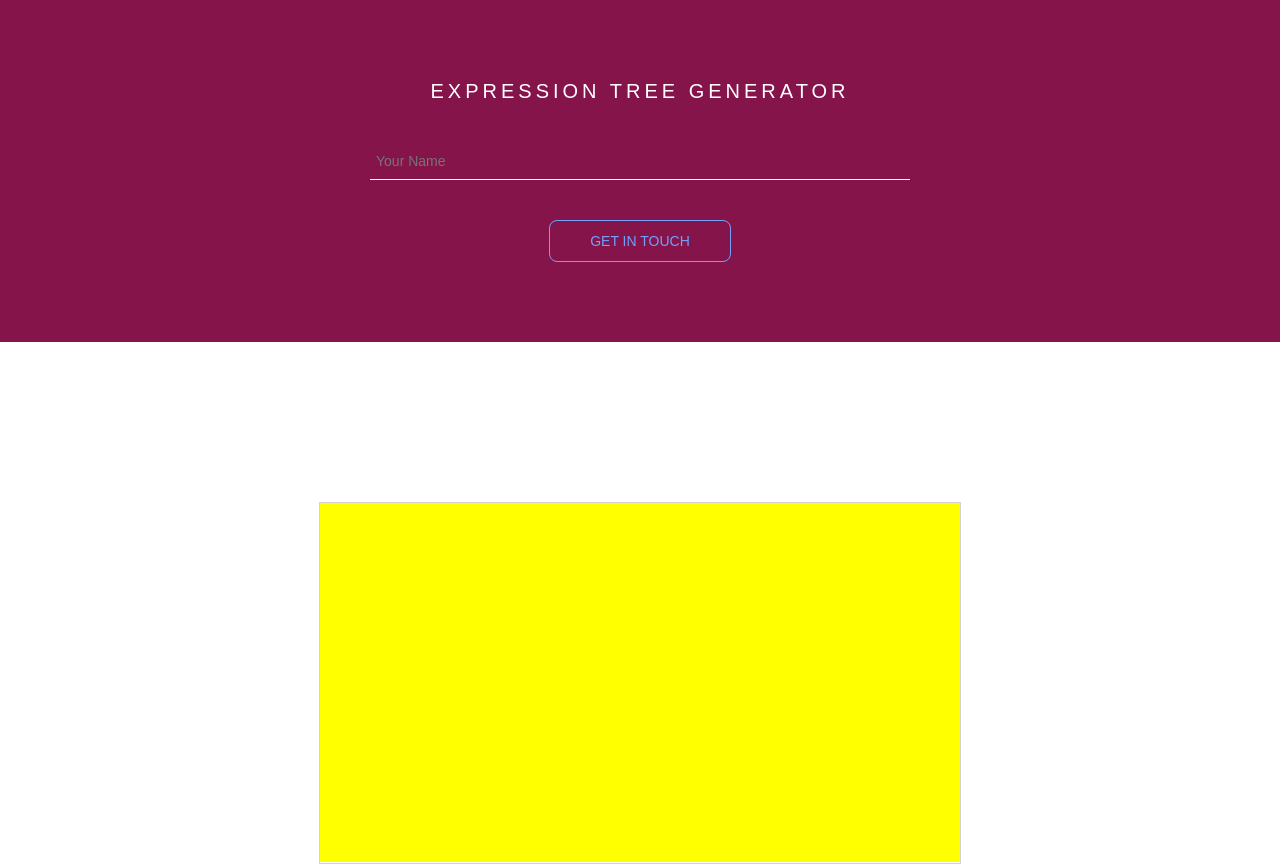
Repository: lnogueir/expression-tree-gen
Page: index.html
These files come from the project's save history. The page is drawn as it stood at one moment and after the next save; the edit follows.
The browser window is 1280 px wide. The pictures show the whole page.

Above is the page before, as saved 2020-03-15 19:11:44.

### index.html
<!DOCTYPE html>
<html lang="en">

<head>
    <meta charset="UTF-8">
    <meta name="viewport" content="width=device-width, initial-scale=1.0">
    <title>Canvas</title>
    <link rel="stylesheet" href="app.css">
</head>

<body>

    <div class="contact-section">
        <div class="inner-width">
          <h1>Expression Tree Generator</h1>
          <input type="text" class="name" id = 'expression-input' placeholder="Your Name">
          <button id="generate-tree">Get in touch</button>
        </div>
      </div>

    <div id="canvas-container">
        <canvas></canvas>
    </div>
</body>
<script src="https://ajax.googleapis.com/ajax/libs/jquery/3.4.1/jquery.min.js"></script>
<script src="https://cdnjs.cloudflare.com/ajax/libs/mathjs/6.6.1/math.min.js"></script>
<script src="tree.js"></script>
<script src="infixToPostfix.js"></script>
<script src="canvas.js"></script>

</html>

### app.css
*{
    margin: 0;
    padding: 0;
    box-sizing: border-box;
    font-family: "montserrat",sans-serif;
  }
  .contact-section{
    background: #85144b;
    padding: 80px 0;
    text-align: center;
    margin-bottom: 10rem;
  }

  .inner-width{
    max-width: 600px;
    margin: auto;
    padding: 0 20px;
  }

  .contact-section h1{
    font-size: 20px;
    color: #FFF;
    margin-bottom: 40px;
    text-transform: uppercase;
    letter-spacing: 4px;
    font-weight: 400;
  }

  .name,.email,.message{
    background: none;
    border:none;
    outline: none;
    border-bottom: 1px solid;
    color: #FFF;
    padding: 10px 6px;
    font-size: 14px;
    margin-bottom: 40px;
  }

  .name{
    float: center;
    width: 540px;
  }


  .contact-section button{
      outline: none;
    background: none;
    color: #70a1ff;
    border: 1px solid #70a1ff;
    padding: 12px 40px;
    border-radius: 8px;
    text-transform: uppercase;
    font-size: 14px;
    transition: 0.4s linear;
    cursor: pointer;
  }

  .contact-section button:hover{
    background: #70a1ff;
    color: #fff;
  }


  @media screen and (max-width:600px){
    .name,.email{
      width: 100%;
    }
  }

#canvas-container{
    outline: none;
    border: none;
    display: flex;
    flex-direction: column;
    align-items: center;
    margin: auto;
    height: 50vh;
    width: 50vw;
    background: yellow;
}

canvas{
    border: 1px solid lightgray;
}

### tree.js
function Node(value) {
    const radius = 32.5
    this.value = value;
    this.x = null;
    this.y = null;
    this.right = null;
    this.left = null;

    this.isLeaf = () => this.right == null && this.left == null;

    this.drawEdge = function (context, x, y, left_way) {
        context.strokeStyle = 'gray';
        context.beginPath()
        const x_y_ratio = Math.abs(this.y - y) / Math.abs(this.x - x)
        const w = radius * Math.sqrt(1 / (1 + Math.pow(x_y_ratio, 2)))
        const d = x_y_ratio * w
        if (left_way) {
            context.moveTo(this.x - w, this.y + d)
            context.lineTo(x + w, y - d)
        } else {
            context.moveTo(this.x + w, this.y + d)
            context.lineTo(x - w, y - d)
        }

        context.stroke()
    }

    this.draw = function (context) {
        context.beginPath()
        context.arc(this.x, this.y, radius, 0, Math.PI * 2, false)
        context.fillStyle = 'rgba(255, 255, 255, 0.5)'
        context.fill()
        context.strokeStyle = 'black'
        context.stroke()
        context.font = '25px Times New Roman'
        context.textAlign = 'center'
        context.textBaseline = 'middle'
        context.fillStyle = "black";
        context.fillText(this.value, this.x, this.y);
    }
}

function constructTree(postfix) {
    const OPERATORS = ['*', '/', '-', '+']
    var stack = []
    var root = null;
    var current;
    var shift = false;
    for (var i = postfix.length - 1; i >= 0; i--) {
        if (null === root) {
            current = new Node(postfix[i]);
            root = current;
        } else {
            if (shift) {
                current.left = new Node(postfix[i])
                current = current.left
                shift = false
            } else {
                current.right = new Node(postfix[i])
                current = current.right
            }
        }
        if (OPERATORS.includes(postfix[i])) {
            stack.push(current);
        } else {
            current = stack.pop();
            shift = true
        }
    }
    return root;
}

function getSize(root) {
    var size = 0
    function countSize(root) {
        if (null != root) {
            size++;
            countSize(root.left)
            countSize(root.right)
        }
    }
    countSize(root);
    return size;
}

function print_coords(root) {
    if (null != root) {
        print_coords(root.left)
        console.log(root.value, root.x, root.y)
        print_coords(root.right)
    }
}

function setCoordinates(root) {
    var i = 0
    const OFFSET = 50
    const size = getSize(root)
    const canvas_mid_point = window.innerWidth / 2;
    function setCoordinates(subt, depth) {
        if (null != subt) {
            setCoordinates(subt.left, depth + 1)
            subt.x = canvas_mid_point + (OFFSET * (i - size / 2))
            subt.y = OFFSET + (depth * 1.5 * OFFSET)
            i++
            setCoordinates(subt.right, depth + 1)
        }
    }
    setCoordinates(root, 0)
}

function drawTree(root, context) {
    if (null != root) {
        root.draw(context)
        if (null != root.left) {
            root.drawEdge(context, root.left.x, root.left.y, true);
        }
        drawTree(root.left, context)
        if (null != root.right) {
            root.drawEdge(context, root.right.x, root.right.y, false)
        }
        drawTree(root.right, context)
    }
}

### infixToPostfix.js
function isBracketed(expr) {
  var stack = []
  for (var i = 0; i < expr.length; i++) {
    if ('(' === expr[i]) {
      stack.push('(')
    } else if (')' === expr[i]) {
      stack.pop()
      if (stack.length === 0) {
        if (i !== expr.length - 1) {
          return false
        } else {
          return true
        }
      }
    }
  }
  return false;
}

function isValidExpression(expr) {
  if (expr.length < 3) {
    return false;
  }
  for (var i = 0; i < expr.length; i++) {
    if ('abcdefghijklmnopqrstuvwxyz*()/+-'.indexOf(expr[i]) === -1) {
      return false;
    }
  }
  try {
    while ("(" === expr[0] && ")" === expr[expr.length - 1]) {
      if (isBracketed(expr)) {
        expr = expr.substring(1, expr.length - 1);
      } else break;
    }
    var res = math.parse(expr);
    if ((typeof res.implicit === 'undefined') || res.fn.indexOf('unary') !== -1) {
      return false;
    }
    return true;
  }
  catch (ex) {
    return false;
  }
}

function infixToPostfix(expression) {
  if (!isValidExpression(expression)) {
    return null;
  }
  const prec = { "*": 3, "/": 3, "-": 2, "+": 2, "(": 1 }
  op_stack = []
  postfixList = []
  tokens = expression.split('')
  for (const token of tokens) {
    if ("abcdefghijklmnopqrstuvwxyz".indexOf(token) !== -1) {
      postfixList.push(token)
    } else if ("(" === token) {
      op_stack.push(token)
    } else if (")" === token) {
      var top_op_token = op_stack.pop()
      while (top_op_token !== '(') {
        postfixList.push(top_op_token)
        top_op_token = op_stack.pop()
      }
    } else {
      var peek_elem = op_stack.slice(-1)[0];
      while (op_stack.length > 0 && (prec[peek_elem] >= prec[token])) {
        postfixList.push(op_stack.pop())
        peek_elem = op_stack.slice(-1)[0];
      }
      op_stack.push(token)
    }
  }
  while (op_stack.length > 0) {
    postfixList.push(op_stack.pop())
  }
  return postfixList
}

### canvas.js
var canvas = document.querySelector('canvas')

canvas.height = document.getElementById('canvas-container').offsetHeight;
canvas.width = document.getElementById('canvas-container').offsetWidth;

var c = canvas.getContext('2d')

$('#generate-tree').click(() => {
    var expression = $('#expression-input').val()
    if (typeof expression !== 'undefined' && null != expression) {
        expression = expression.replace(/\s+/g, '')
        expression = expression.toLowerCase()
        var postfix = infixToPostfix(expression);
        if (null !== postfix) {
            var root = constructTree(postfix)
            setCoordinates(root)
            c.clearRect(0, 0, canvas.width, canvas.height);
            drawTree(root, c)
        } else {
            alert('Enter valid expression')
        }

    } else {
        alert('Enter valid expression')
    }
})

After the next save:
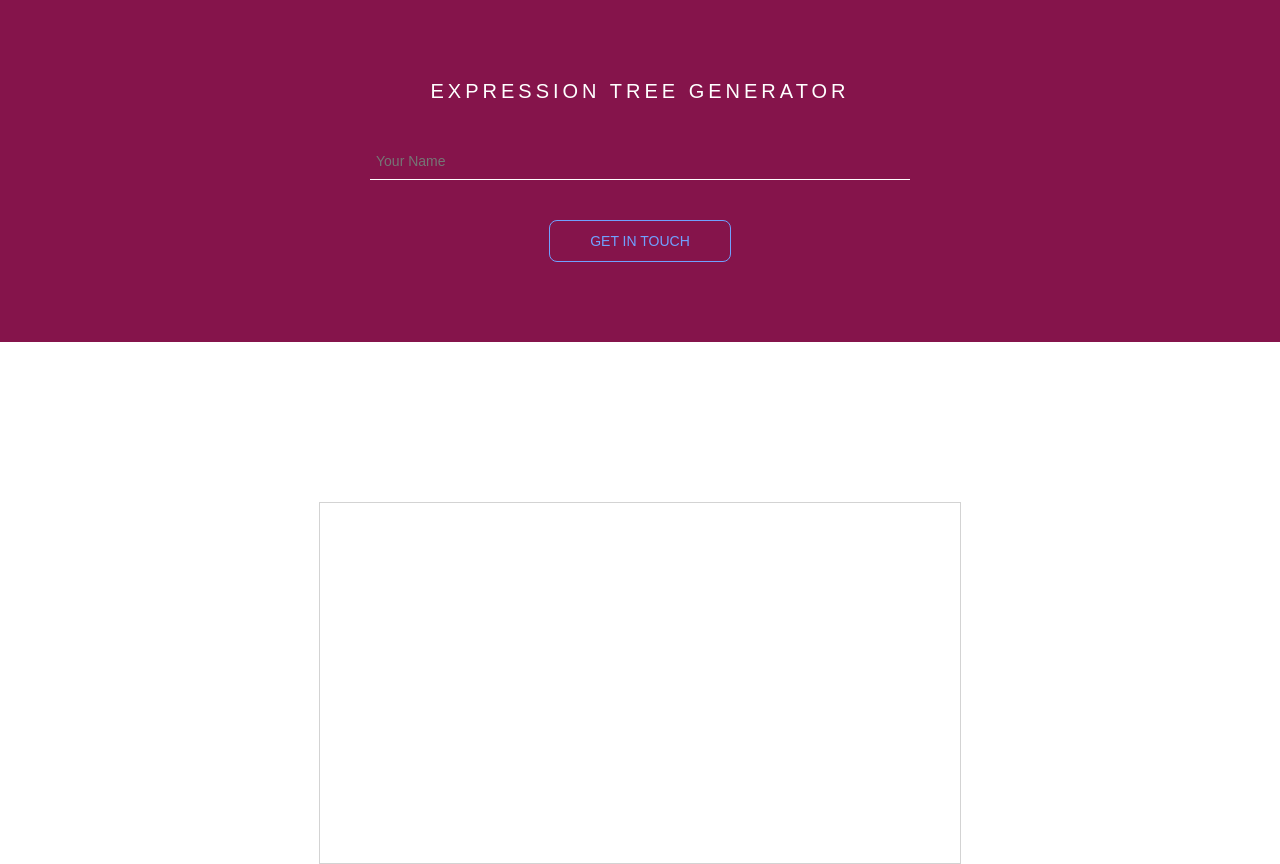
Saved 2 min 4 s later.
--- a/app.css
+++ b/app.css
@@ -77,7 +77,7 @@
     margin: auto;
     height: 50vh;
     width: 50vw;
-    background: yellow;
+    background: #FFF;
 }
 
 canvas{
